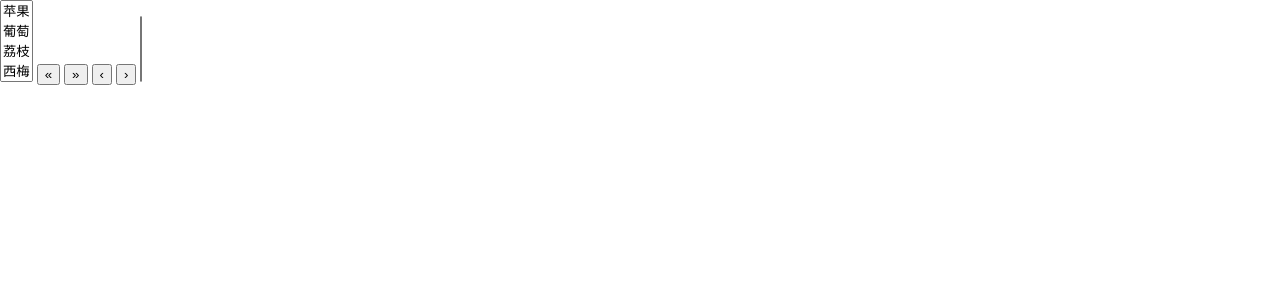
Repository: tfdonna/fontend
Page: js第一阶段/jquery/WebContent/hw02-移动选项.html
The author's editor kept a copy of each file at every save. The page is drawn from the files as they stood at one save, then again after the next save.
The browser window is 1280 px wide. The pictures show the whole page.

Above is the page before, as saved 2021-09-06 11:59:15.

After the next save:
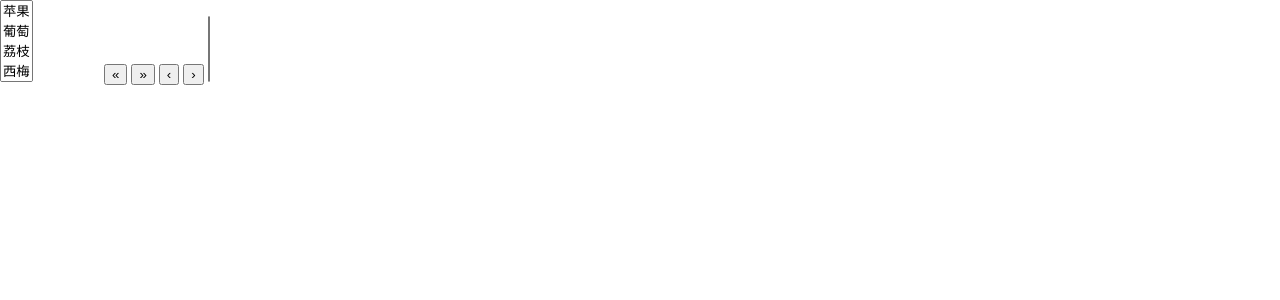
Saved 29 s later.
--- a/js第一阶段/jquery/WebContent/hw02-移动选项.html
+++ b/js第一阶段/jquery/WebContent/hw02-移动选项.html
@@ -11,6 +11,10 @@
     }
     .box, .box2, .btn{
         display: inline-block;
+    }
+    .box, .box2{
+        width: 100px;
+        height: 200px;
     }
 	</style>
 </head>
